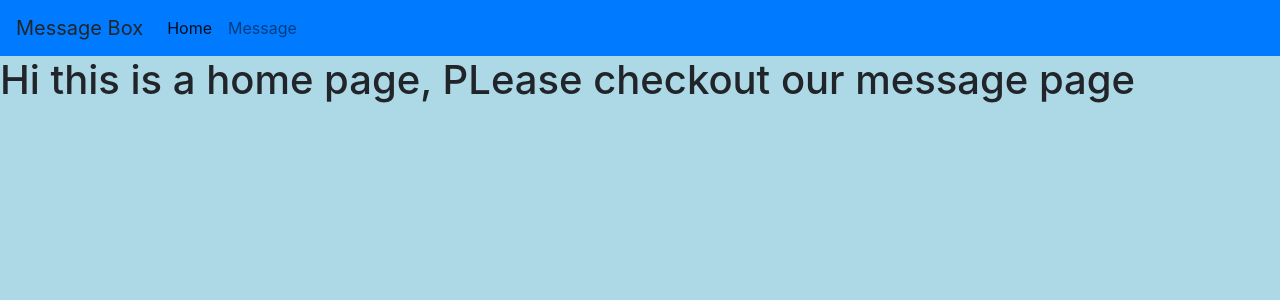
Repository: 05Mohammedismail/xworkz--Advance-Java
Page: Sep08_Servlets(HTML content as the HTTP response)/src/main/webapp/index.html
These files come from the project's save history. The page is drawn as it stood at one moment and after the next save; the edit follows.
The browser window is 1280 px wide. The pictures show the whole page.

Above is the page before, as saved 2023-09-10 20:06:57.

After the next save:
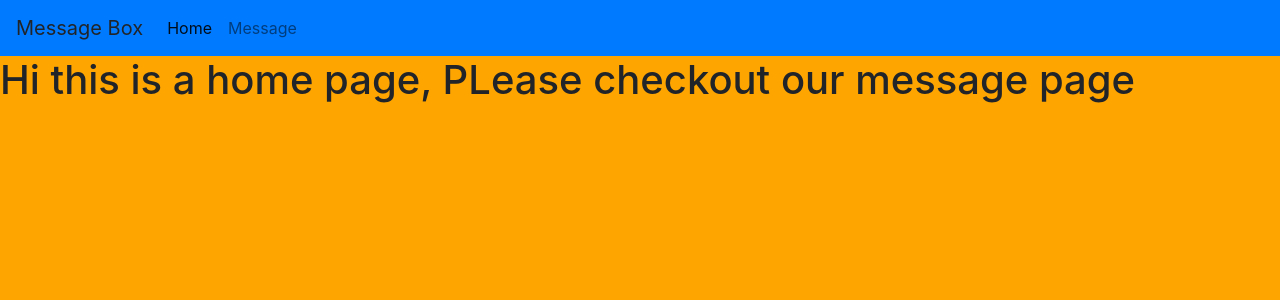
Saved 75 s later.
--- a/Sep08_Servlets(HTML content as the HTTP response)/src/main/webapp/index.html
+++ b/Sep08_Servlets(HTML content as the HTTP response)/src/main/webapp/index.html
@@ -7,7 +7,7 @@
 <title>Insert title here</title>
 <style>
 body{
-background-color:lightblue;
+background-color:orange;
 }
 
 </style>
